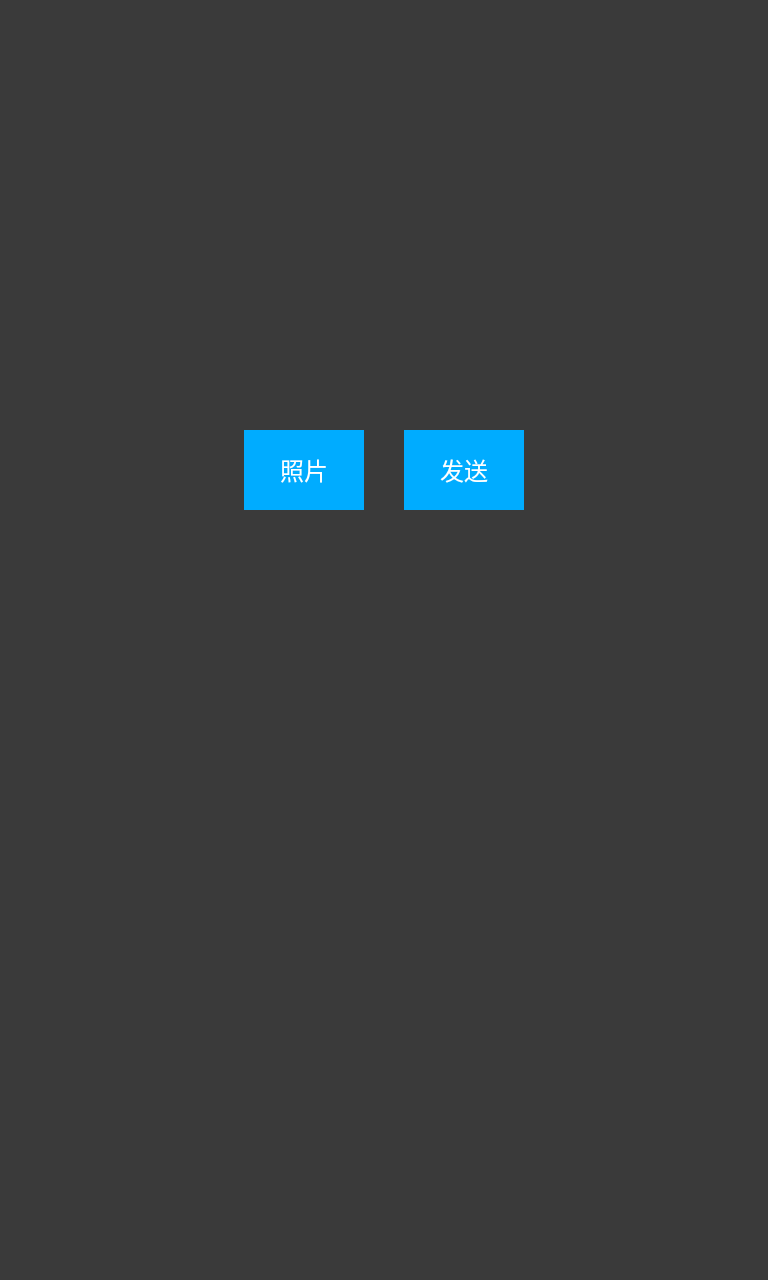
Repository: fanloveoupao/WecharTest
Layout: TestWechar/res/layout/chhose_photos.xml
An editor plug-in stored every save of this project. The layout is shown before and after the next save, followed by the edit.
It is drawn on a 768 x 1280 px phone screen (xhdpi) without system bars, with theme AppTheme; the app's code is not run.

Above is the layout before, as saved 2015-10-09 08:16:55.

### TestWechar/res/layout/chhose_photos.xml
<?xml version="1.0" encoding="utf-8"?>
<LinearLayout xmlns:android="http://schemas.android.com/apk/res/android"
    android:layout_width="match_parent"
    android:layout_height="match_parent"
    android:background="#3a3a3a"
    android:gravity="center"
    android:orientation="vertical" >

    <LinearLayout
        android:id="@+id/btn_layout"
        android:layout_width="fill_parent"
        android:layout_height="wrap_content"
        android:gravity="center"
        android:orientation="horizontal" >

        <Button
            android:id="@+id/btn_choose"
            android:layout_width="60dp"
            android:layout_height="40dp"
            android:layout_marginRight="10dp"
            android:background="@drawable/button_login_bg"
            android:text="照片"
            android:textColor="@color/white"
            android:textSize="12dp" />

        <Button
            android:id="@+id/btn_send"
            android:layout_width="60dp"
            android:layout_height="40dp"
            android:layout_marginLeft="10dp"
            android:background="@drawable/button_login_bg"
            android:text="发送"
            android:textColor="@color/white"
            android:textSize="12dp" />
    </LinearLayout>

    <LinearLayout
        android:layout_width="wrap_content"
        android:layout_height="wrap_content"
        android:layout_marginTop="20dp"
        android:gravity="center" >

        <ImageView
            android:id="@+id/img_photo"
            android:layout_width="wrap_content"
            android:layout_height="wrap_content"
            android:adjustViewBounds="true"
            android:maxHeight="400dp"
            android:maxWidth="300dp"
            android:minHeight="150dp"
            android:minWidth="150dp" />
    </LinearLayout>

</LinearLayout>

### TestWechar/res/values/styles.xml
<resources>

    <!--
        Base application theme, dependent on API level. This theme is replaced
        by AppBaseTheme from res/values-vXX/styles.xml on newer devices.











    -->
    <style name="AppBaseTheme" parent="android:Theme.Light">
        <!--
            Theme customizations available in newer API levels can go in
            res/values-vXX/styles.xml, while customizations related to
            backward-compatibility can go here.






        -->
    </style>

    <!-- Application theme. -->
    <style name="AppTheme" parent="AppBaseTheme">
        <!-- All customizations that are NOT specific to a particular API-level can go here. -->
    </style>

    <style name="animationmsg">
        <item name="android:windowEnterAnimation">@anim/msg_enter</item>
        <item name="android:windowExitAnimation">@anim/msg_exit</item>
    </style>

</resources>

### TestWechar/res/values/color.xml
<?xml version="1.0" encoding="utf-8"?>
<resources>

    <color name="white">#ffffffff</color>
    <color name="window_bg">#fff0f3f6</color>
    <color name="title_bg">#ff54acea</color>
    <color name="chat_text">#ff333333</color>
    <color name="common_top_bar_blue">#4ebcd3</color>
    <color name="btn_login_normal">#00acff</color>
    <color name="btn_login_pressed">#46678d</color>
    <color name="btn_logout_normal">#d33f3f</color>
    <color name="btn_logout_pressed">#DA5A4D</color>
    <color name="btn_register_normal">#ffffff</color>
    <color name="btn_register_pressed">#00acff</color>
    <color name="common_bottom_bar_normal_bg">#2d2f31</color>
    <color name="common_bottom_bar_selected_bg">#161718</color>
    <color name="common_botton_bar_blue">#2ea7e0</color>
    <color name="common_bg">#fcfcfc</color>
    <color name="btn_pressed_green_solid">#B6DA53</color>
    <color name="divider_list">#d4d4d4</color>
    <color name="top_bar_normal_bg">#00acff</color>
    <color name="error_item_color">#F6EBE6</color>
    <color name="bottom_bar_normal_bg">#2D2F31</color>
    <color name="bottom_text_color_normal">#ffffff</color>
    <color name="btn_white_normal">#f7f8f8</color>
    <color name="btn_white_pressed">#b5b5b6</color>
    <color name="btn_green_noraml">#68C270</color>
    <color name="btn_green_pressed">#6FCD78</color>
    <color name="btn_gray_normal">#c0c0c0</color>
    <color name="btn_gray_pressed_status">#b5b5b6</color>
    <color name="btn_gray_pressed">#666667</color>
    <color name="btn_blue_normal">#1e90ff</color>
    <color name="btn_blue_pressed">#0066FF</color>
    <color name="orange">#FFA500</color>
    <color name="gray_pressed">#b5b5b6</color>
    <color name="gray_normal">#666667</color>
    <color name="grid_state_pressed">#1Affffff</color>
    <color name="grid_state_focused">#80000000</color>
    <color name="voip_interface_text_color">#bababa</color>
    <color name="black_deep">#FF000000</color>
    <color name="btn_answer_pressed">#4ebcd3</color>
    <color name="btn_answer_normal">#2dafa3</color>

</resources>

Loaded but not shown: TestWechar/res/values-v11/styles.xml (common file); TestWechar/res/values-v14/styles.xml (common file); TestWechar/res/drawable/button_login_bg.xml (common file)

After the next save:
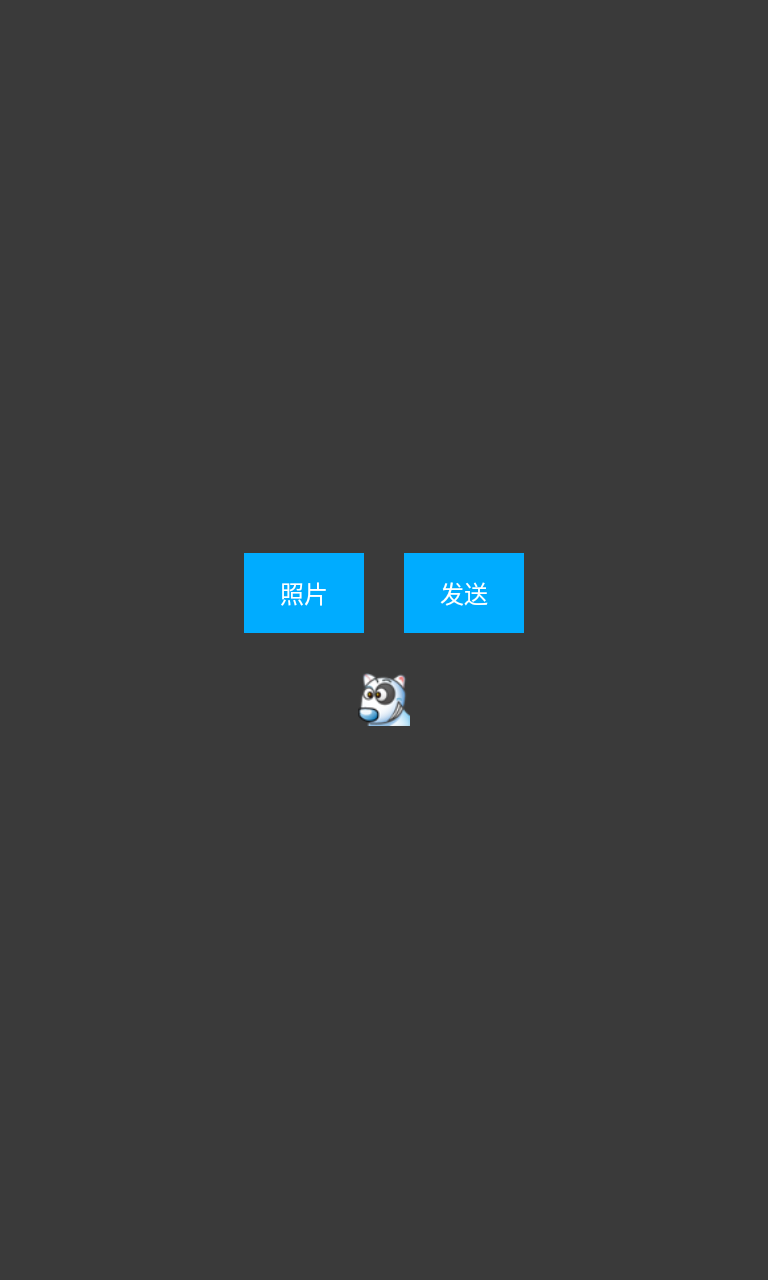
Saved 5 min 20 s later.
--- a/TestWechar/res/layout/chhose_photos.xml
+++ b/TestWechar/res/layout/chhose_photos.xml
@@ -48,7 +48,8 @@
             android:maxHeight="400dp"
             android:maxWidth="300dp"
             android:minHeight="150dp"
-            android:minWidth="150dp" />
+            android:minWidth="150dp"
+            android:src="@drawable/h091" />
     </LinearLayout>
 
 </LinearLayout>

After the save that followed:
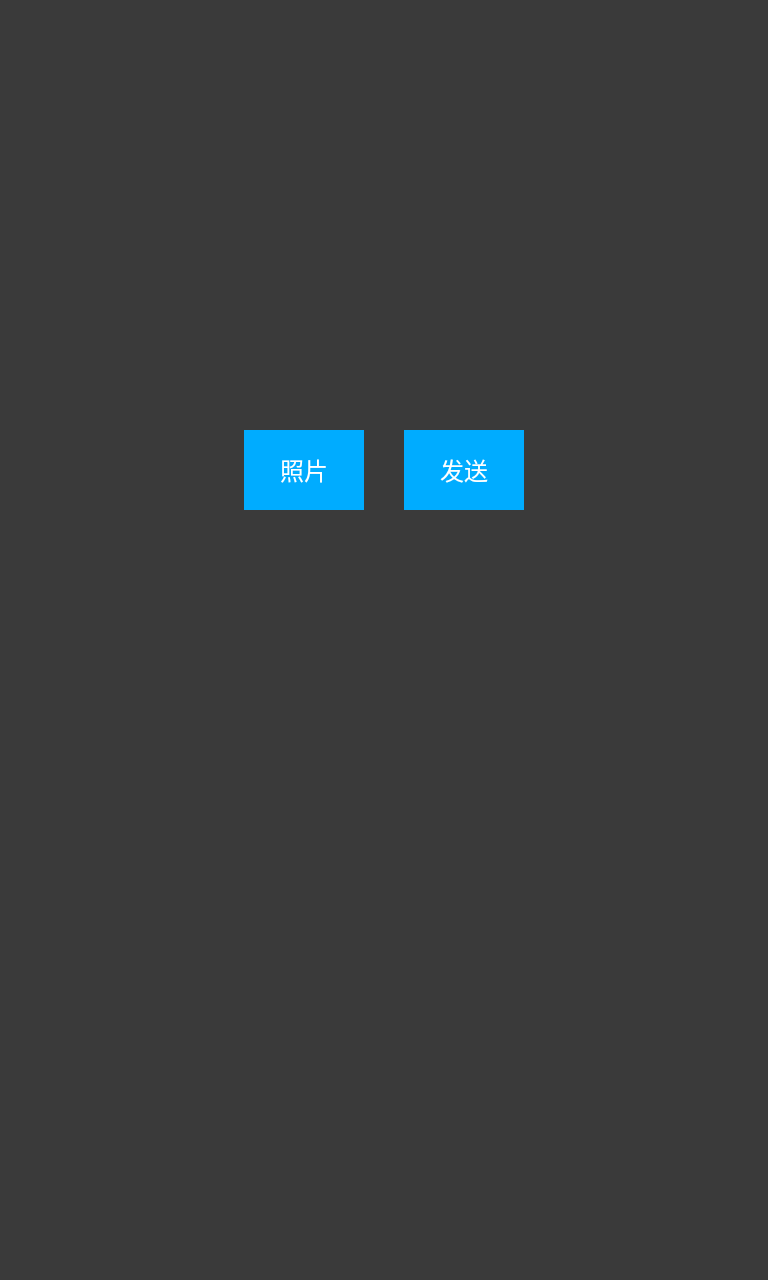
Saved 17 s later.
--- a/TestWechar/res/layout/chhose_photos.xml
+++ b/TestWechar/res/layout/chhose_photos.xml
@@ -48,8 +48,7 @@
             android:maxHeight="400dp"
             android:maxWidth="300dp"
             android:minHeight="150dp"
-            android:minWidth="150dp"
-            android:src="@drawable/h091" />
+            android:minWidth="150dp" />
     </LinearLayout>
 
 </LinearLayout>
